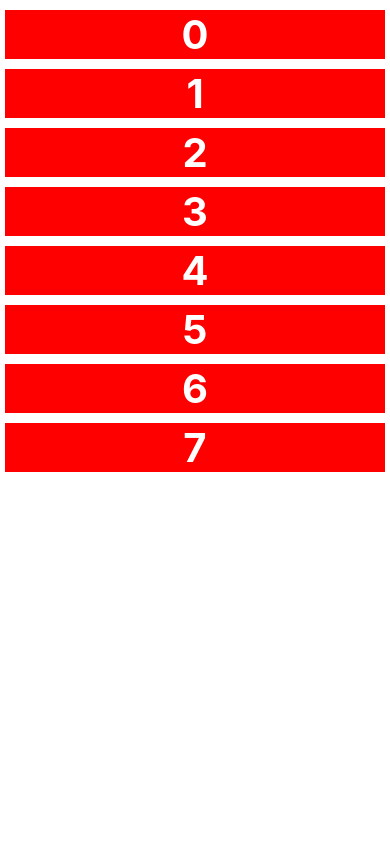
Repository: asnaeb1-dev/Video-List-Test
Screen: /
An editor plug-in stored every save of this project. The screen is shown before and after the next save, followed by the edit.
The app was drawn by React Native's web renderer in a window 390 px wide. The project was rebuilt for these pictures with package versions that can differ from the ones it lists, and the page was loaded fresh each time.

Above is the screen before, as saved 2020-08-08 13:13:23.

### App.js
import React,{Component} from 'react';
import {View, StyleSheet, FlatList, Text} from 'react-native'
import ListItem from './src/Components/ListItem'

export default class App extends Component{
  constructor(props){
    super(props)
    this.state={
      PREV_VALUE: 0,
      playVideo: false,
      list: [
        {
          id: 0,
          isVisible: false,
        },{
          id: 1,
          isVisible: false,
        },{
          id: 2,
          isVisible: false,
        },{
          id: 3,
          isVisible: false,
        },{
          id: 4,
          isVisible: false,
        },{
          id: 5,
          isVisible: false,
        },{
          id: 6,
          isVisible: false,
        },{
          id: 7,
          isVisible: false,
        }
      ]
    }
  }

  onViewableItemsChanged = ({viewableItems, changed}) => {
    changed.forEach((item, index) => {
      this.setState({
      })
    })
  }

  handleScroll = (yCoord) => {
    //movement is down
    console.log(yCoord)
    if(yCoord > 0){
      if(yCoord - this.state.PREV_VALUE < 1.5){
        this.setState({
          playVideo: true
        })
      }else{
        this.setState({
          playVideo: false
        })

      }
      this.setState({PREV_VALUE: yCoord})
    }
  }

  render(){
    return(
      <View style={{flex: 1, margin: 5}}>
        <FlatList
          data={this.state.list}
          renderItem = {({item}) => <ListItem isVisible={true} _id={item.id} playVideo={this.state.playVideo}/>}
          windowSize= {2}
          //onViewableItemsChanged={this.onViewableItemsChanged}
          onScroll={(e) => this.handleScroll(e.nativeEvent.contentOffset.y)}
        />
      </View>
    )
  }
}

### src/Components/ListItem.js
import React, { Component } from 'react';
import { View, TouchableOpacity, Text } from 'react-native';

export default class ListItem extends Component{
    render(){
        return(
            <TouchableOpacity style={  !this.props.playVideo?
                {flex: 1,height: 200, backgroundColor: 'red', marginVertical: 5, justifyContent: 'center', alignItems: 'center'}:
                {flex: 1,height: 200, backgroundColor: 'blue', marginVertical: 5, justifyContent: 'center', alignItems: 'center'}
            }>
                <Text style={{color: '#fff', fontSize: 40, fontWeight: 'bold'}}>{this.props._id}</Text>
            </TouchableOpacity>
        )
    }
}

After the next save:
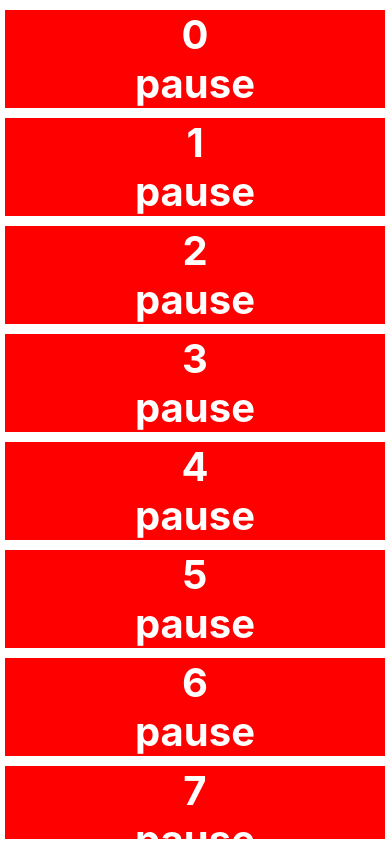
Saved 60 s later.
--- a/src/Components/ListItem.js
+++ b/src/Components/ListItem.js
@@ -9,6 +9,7 @@ export default class ListItem extends Component{
                 {flex: 1,height: 200, backgroundColor: 'blue', marginVertical: 5, justifyContent: 'center', alignItems: 'center'}
             }>
                 <Text style={{color: '#fff', fontSize: 40, fontWeight: 'bold'}}>{this.props._id}</Text>
+                <Text style={{color: '#fff', fontSize: 40, fontWeight: 'bold'}}>{this.props.playVideo? 'play':'pause'}</Text>
             </TouchableOpacity>
         )
     }
